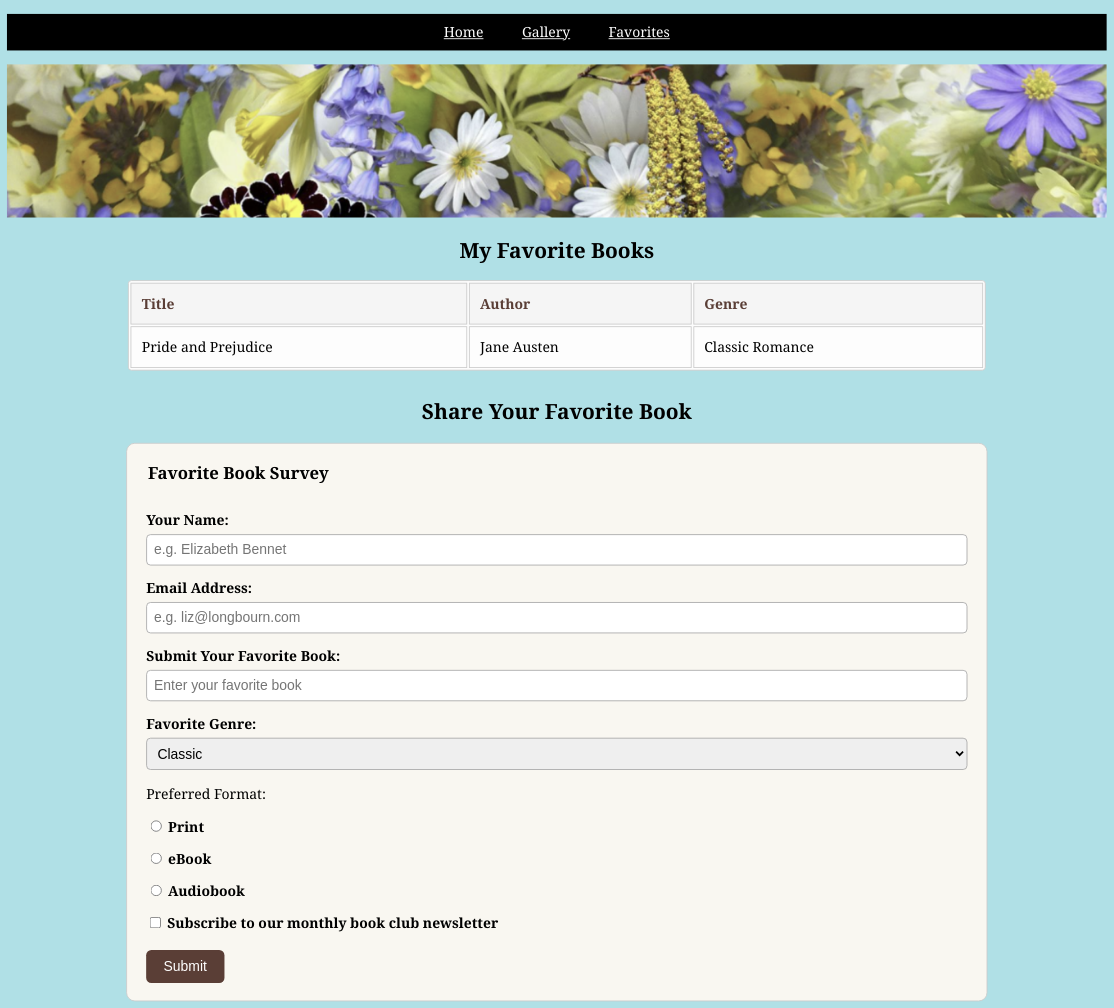
Repository: Brittany-Westlund/WebDesign
Page: Assignment3/favorites.html
The author's editor kept a copy of each file at every save. The page is drawn from the files as they stood at one save, then again after the next save.
The browser window is 1280 px wide. The pictures show the whole page, at 87% of full size.

Above is the page before, as saved 2025-06-04 23:19:12.

### Assignment3/favorites.html
<!DOCTYPE html>
<html lang="en">
<head>
    <meta charset="UTF-8">
    <title>Pride and Prejudice Inspired Gallery</title>
    <link rel="stylesheet" href="style/style.css">
</head>

<body>

<nav>
  <ul>
    <li><a href="index.html">Home</a></li>
    <li><a href="gallery.html">Gallery</a></li>
    <li><a href="favorites.html">Favorites</a></li>
  </ul>
</nav>

<img src="images/wildflowers-narrow.png" alt="A closeup of wildflowers.">

<h2>My Favorite Books</h2>

<table>
  <tr>
    <th>Title</th>
    <th>Author</th>
    <th>Genre</th>
  </tr>
 <tbody>
  <tr>
    <td>Pride and Prejudice</td>
    <td>Jane Austen</td>
    <td>Classic Romance</td>
  </tr>
 </tbody>
</table>

<h2>Share Your Favorite Book</h2>

<form>
  <fieldset>
    <legend>Favorite Book Survey</legend>

    <label>Your Name:</label>
    <input type="text" name="name" placeholder="e.g. Elizabeth Bennet">

    <label>Email Address:</label>
    <input type="email" name="email" placeholder="e.g. liz@longbourn.com">

    <label>Submit Your Favorite Book:</label>
    <input type="text" id="favorite-book" name="favorite-book" placeholder="Enter your favorite book">

    <label>Favorite Genre:</label>
    <select name="genre">
      <option value="classic">Classic</option>
      <option value="fantasy">Fantasy</option>
      <option value="sci-fi">Sci-Fi</option>
      <option value="romance">Romance</option>
    </select>

    <p>Preferred Format:</p>
    <label><input type="radio" name="format" value="print"> Print</label>
    <label><input type="radio" name="format" value="ebook"> eBook</label>
    <label><input type="radio" name="format" value="audiobook"> Audiobook</label>

    <label>
      <input type="checkbox" name="subscribe" value="yes">
      Subscribe to our monthly book club newsletter
    </label>

    <button type="submit">Submit</button>
  </fieldset>
</form>

</body>
</html>

### Assignment3/style/style.css
/* Here is my body styling. It applies to all of the content on the page. */
    body {
        background-color: #B0E0E6;
        font-family: Georgia, serif;
    }

/* Here is my header styling */
    header {
        border: 5px solid #000000;
        padding: 20px;
        text-align: center;
        background-color: #FFFAFA;
        margin-bottom: 10px;
    }

/* Here is my navigation styling, including list and link styling */
    nav {
        max-width: 100%;
        margin: 0 auto;
        background-color: #000000;
    }

    ul {

        padding: 5px;
        text-align: center;
    }

    li {
        list-style-type: none;
        display: inline-block;
        margin: 0 10px;
        padding: 5px 10px;
    }

    a {
        color: #FFFFFF;
    }

/* Here is my chapter styling */
    .chapter {
        max-width: 100%;
        background-color: #FFFAFA;
        padding: 10px;
        border: 5px solid #000000;
        margin-top: 10px;
        font-family: Tahoma, sans-serif;
    }

/* Here is my flexbox styling */
    #gallery {
    display: flex;
    flex-wrap: wrap;
    justify-content: center;
    max-width: 800px; /* optional: keeps the grid from stretching too far */
    margin: 0 auto;
    row-gap: 25px; /* vertical spacing */
    column-gap: 1px; /* horizontal spacing */
    }

    #gallery img {
    width: 30%; /* three images per row (3 x 30% + gaps) */
    height: auto;
    }

/* Centers the h3 inside the div */
    div h3 {
        text-align: center;
    }

/* Here is my footer styling */
    footer {
        background-color: #000000;
        color: #FFFFFF;
        padding: 5px;
        text-align: center;
        margin-top: 10px;
    }

/* Here is my image styling */
    img {
        display: block;
        max-width: 100%;
        margin: 0 auto;
    }

/* Here is my table styling */
    h2 {
        text-align: center;
    }

    table {
        width: 78%;
        margin: 0 auto;
        margin-bottom: 30px;
        background-color: #fdfdfd;
        border: 1px solid #ccc;
        border-radius: 4px;
    }

    th, td {
        padding: 12px;
        border: 1px solid #ccc;
        text-align: left;
    }

    th {
        background-color: #f5f5f5;
        font-weight: bold;
        color: #5a3e36;
    }

/* Here is my form styling */
    form {
        background-color: #f9f7f1;
        padding: 20px;
        border-radius: 10px;
        border: 1px solid #ccc;
        width: 75%;
        margin: 0 auto;
    }

    fieldset {
        border: none;
        padding: 0;
    }

    legend {
        font-size: 1.2rem;
        font-weight: bold;
        margin-bottom: 15px;
    }

    label {
        display: block;
        margin-top: 15px;
        font-weight: bold;
    }

    input[type="text"],
    input[type="email"],
    select {
        width: 100%;
        margin: 0 auto;
        padding: 8px;
        margin-top: 5px;
        font-size: 1rem;
        border: 1px solid #aaa;
        border-radius: 5px;
        box-sizing: border-box;
    }

    button {
        margin-top: 20px;
        background-color: #5a3e36;
        color: white;
        padding: 10px 20px;
        font-size: 1rem;
        border: none;
        border-radius: 6px;
        cursor: pointer;
    }

    button:hover {
        background-color: #7a564f;
    }

/* Here is my flexbox styling */
    div {
        display: flex;
        flex-wrap: wrap;
        justify-content: center;
        gap: 10px; /* spacing between images */
        max-width: 600px; /* optional: keeps the grid from stretching too far */
        margin: 0 auto;
    }

    div img {
        width: 30%; /* three images per row (3 x 30% + gaps) */
        height: auto;
    }






 /* Mobile Styles for Screens 600px or Smaller */
@media (max-width: 600px) {

    body {
        font-size: 16px;
        padding: 10px;
    }

    li {
        display: block;  /* Makes the list items stack vertically */
        margin: 10px 0;
    }

    nav {
        text-align: center;
    }

    header, .chapter, footer {
        padding: 10px;  /* Adds padding to header, .chapter, AND footer content */
    }

}

After the next save:
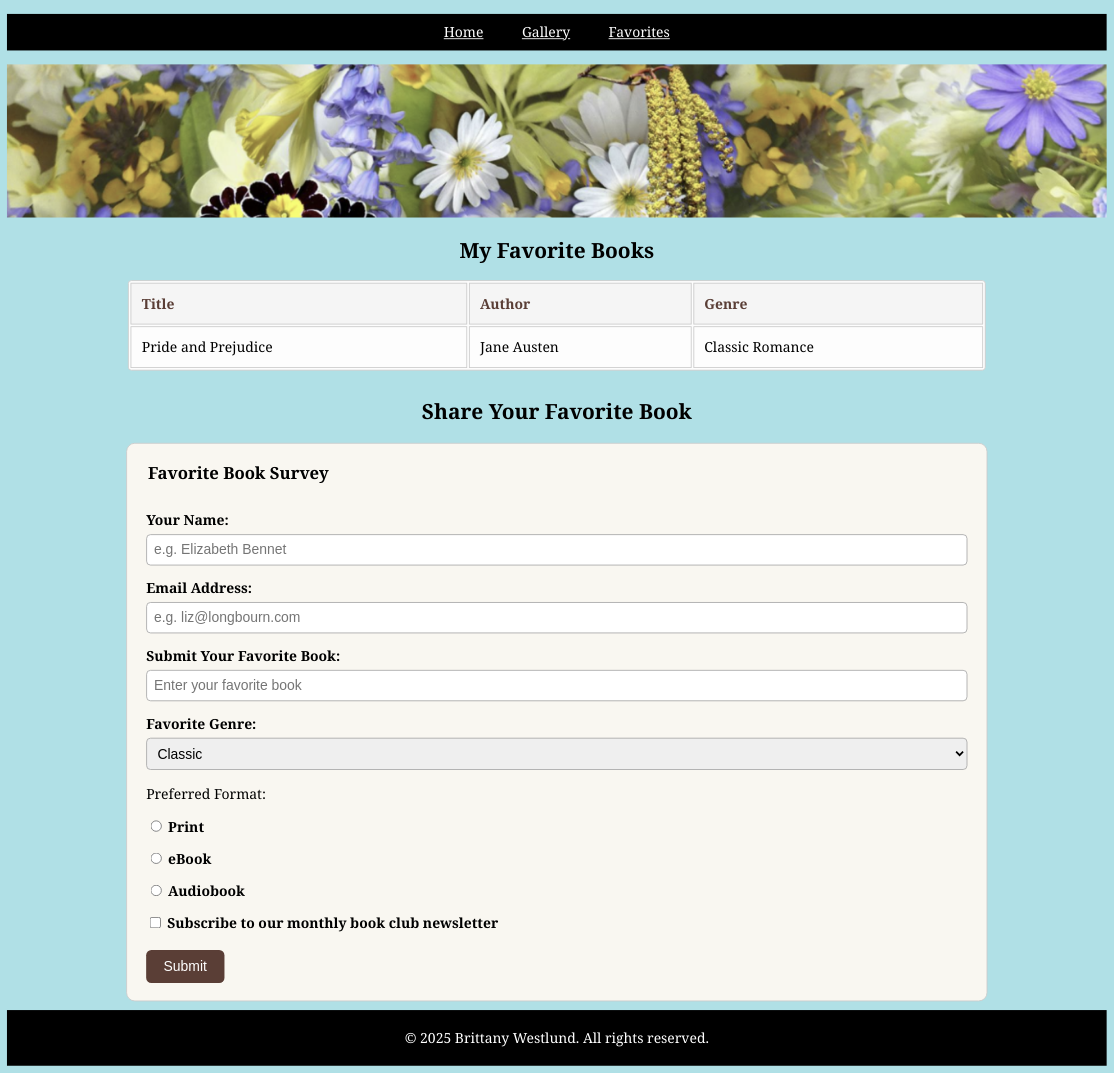
Saved 22 s later.
--- a/Assignment3/favorites.html
+++ b/Assignment3/favorites.html
@@ -72,5 +72,9 @@
   </fieldset>
 </form>
 
+<footer>
+  <p>&copy; 2025 Brittany Westlund. All rights reserved.</p>
+</footer>
+
 </body>
 </html>
